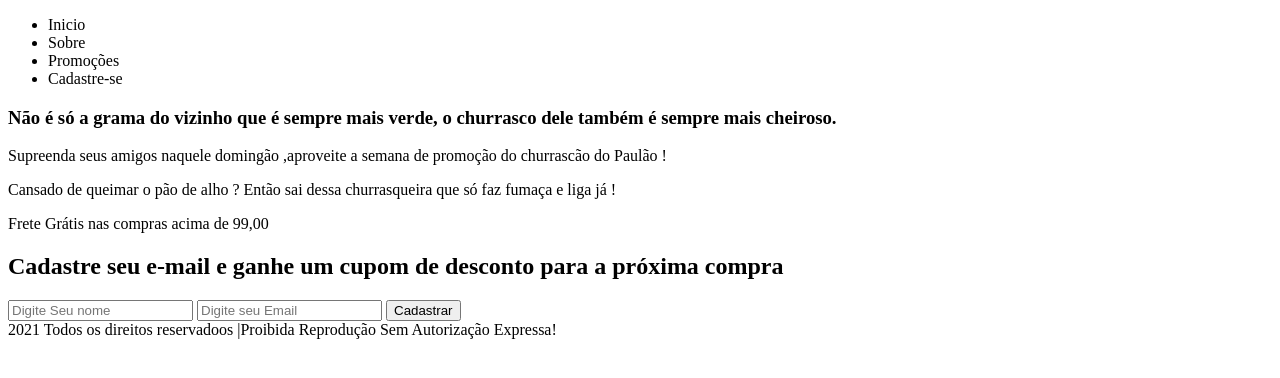
Repository: PauloMarquess/ProjetoBlackFriday
Page: index.html
An editor plug-in stored every save of this project. The page is shown before and after the next save, followed by the edit.
The browser window is 1280 px wide. The pictures show the whole page.

Above is the page before, as saved 2021-07-15 13:26:22.

After the next save:
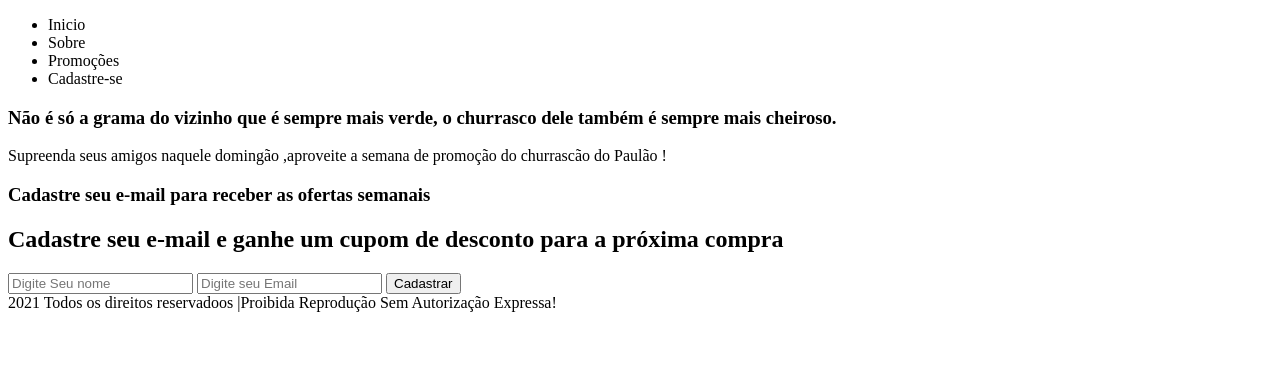
Saved 3 min 34 s later.
--- a/index.html
+++ b/index.html
@@ -16,8 +16,7 @@
     <section>
         <h3>Não é só a grama do vizinho que é sempre mais verde, o churrasco dele também é sempre mais cheiroso.</h3>
         <p>Supreenda seus amigos naquele domingão ,aproveite a semana de promoção do churrascão do Paulão !</p>
-        <p>Cansado de queimar o pão de alho   ? Então sai dessa churrasqueira que só faz fumaça e liga já !</p>
-        <p>Frete Grátis nas compras acima de 99,00</p>
+        <h3>Cadastre seu e-mail para receber as ofertas semanais </h3>
     </section>
 
     <section>
